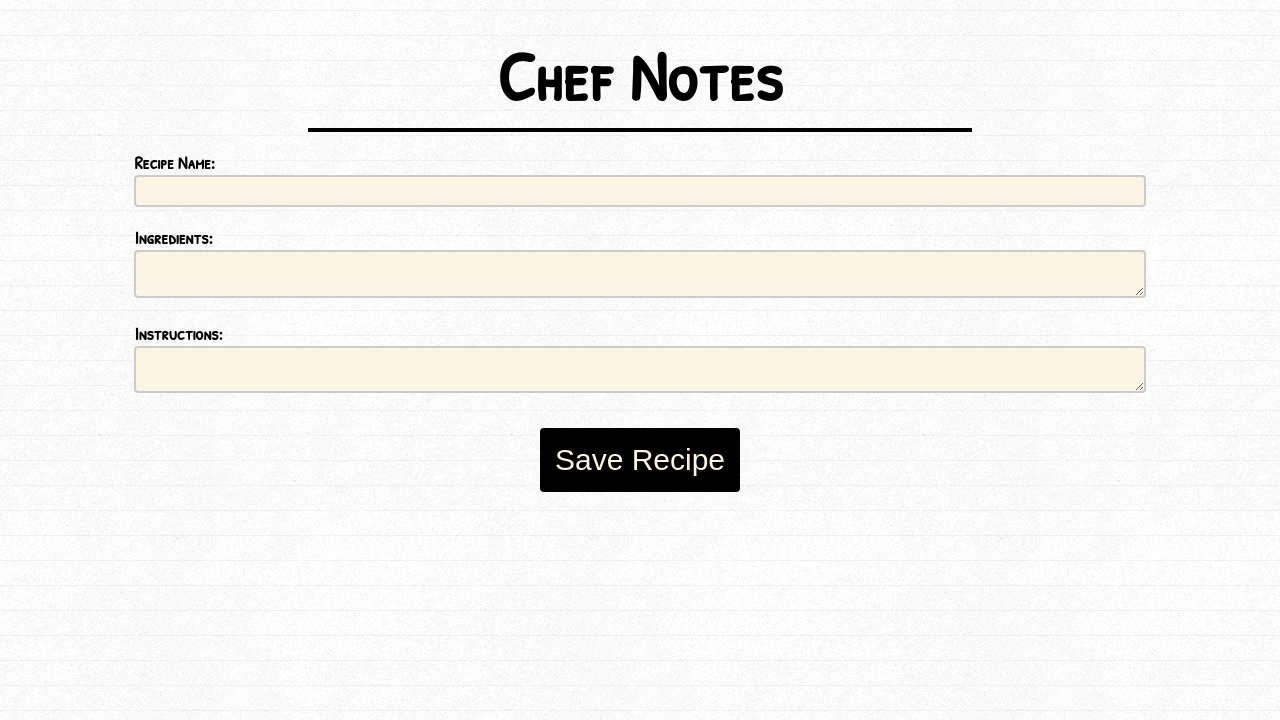
Repository: Chadloswald/RecipeSite
Page: index.html
An editor plug-in stored every save of this project. The page is shown before and after the next save, followed by the edit.
The browser window is 1280 px wide. The pictures show the whole page.

Above is the page before, as saved 2023-04-03 20:37:32.

### index.html
<!DOCTYPE html>
<html lang="en">
  <head>
    <meta charset="UTF-8">
    <title>ChefNotes</title>
    <style type="text/css">
      /* body {
      background-color: rgb(0,0,0);
      background-image: url(http://www.zingerbugimages.com/backgrounds/parchment_paper_wallpaper_texture_seamless.jpg);
      background-position: top left;
      background-repeat: repeat;
      background-attachment: fixed;
    } */
    </style>
    <link rel="stylesheet" href="style.css">
  </head>
  <body>
    <!-- <div id="corner-border"></div> -->
    <h1>Chef Notes</h1>
    <form>
      <label for="name">Recipe Name:</label>
      <input type="text" id="name" name="name">
      <br>
      <label for="ingredients">Ingredients:</label>
      <textarea id="ingredients" name="ingredients"></textarea>
      <br>
      <label for="instructions">Instructions:</label>
      <textarea id="instructions" name="instructions"></textarea>
      <br>
      <button id="saveButton" type="button">Save Recipe</button>
    </form>
    <div id="list"></div>
    <script src="scripts.js"></script>
  </body>
</html>

### style.css
@font-face {
  font-family: 'Patrick Hand';
  src: url('PatrickHandSC-Regular.ttf') format('truetype');
}
body {
  font-family: 'Patrick Hand', cursive;
  margin-top: 30px 0px 0px 0px;
  padding: 0;
  background-image: url("lined-paper-2.png");
 /* background-color: #FCF5E5;
  */
 /* border: 1px solid black;
  */
}
h1 {
  text-align: center;
  padding: 20px 0 5px 0;
  border-bottom: 4px solid black;
  margin: 0 300px;
  font-size: 70px;
}
/* @media (max-width: 600px) {
  h1 {
    font-size: xx-large;
    }
    label {
      font-size: larger;
    }
} */
form {
  width: 80%;
  margin: 0 auto;
}
label {
  display: block;
  font-weight: bold;
  margin-top: 1em;
  font-size: large;
}
input[type="text"], textarea {
  background-color: #FCF5E5;
  width: 100%;
  box-sizing: border-box;
  padding: 0.5em;
  border: 2px solid #ccc;
  border-radius: 4px;
}
button {
  display: block;
  margin: 1em auto;
  padding: 0.5em;
  border-radius: 4px;
  background-color: black;
  color: #FCF5E5;
  font-size: 30px;
  border: none;
  cursor: pointer;
}
button:hover {
  background-color: #ADD8E6;
  color: black;
}
#recipe-list {
  width: 80%;
  margin: 1em auto;
}

### scripts.js
document.addEventListener('DOMContentLoaded', function() { //Adds the event listener that waits for site to load before executing the function
  const save = document.getElementById('saveButton'); //The Save Button
  const nameInput = document.getElementById('name'); //The "Name" form
  const ingredientsInput = document.getElementById('ingredients'); //The "Ingredients" form
  const instructionsInput = document.getElementById('instructions'); //The "Instructions" form
  const recipeList = document.getElementById('list'); //The place where your recipes save when you hit the "Save Button"

  save.addEventListener('click', function() { //Adds the event listener to the Save button, listens for a "click"
      const name = nameInput.value; //Gets the value that was put into the "Name" form
      const ingredients = ingredientsInput.value; //Gets the value that was put into the "Ingredients" form
      const instructions = instructionsInput.value; //Gets the value that was put into the "Instructions" form

      const recipe = document.createElement('div'); //Creating a recipe "container" using a div tag
      const recipeName = document.createElement('h2'); //Takes the "name" element and puts it in the recipe container as an h2
      const recipeIngredients = document.createElement('p'); //Takes the "ingredients" element and puts it in the recipe container as an p
      const recipeInstructions = document.createElement('p'); //Takes the "instructions" element and puts it in the recipe container as an p

      recipeName.innerText = name; //Populates the "recipeName" element with the value of the "name" element
      recipeIngredients.innerText = `Ingredients: ${ingredients}`; //Populates the "recipeIngredients" element with all the strings in the "ingredients" element
      recipeInstructions.innerText = `Instructions: ${instructions}`; //Populates the "recipeInstructions" element with all the strings in the "instructions" element
      recipe.appendChild(recipeName); //These 3 lines add "recipeName" "recipeIngredients" and "recipeInstructions" of the recipe doc
      recipe.appendChild(recipeIngredients);
      recipe.appendChild(recipeInstructions);

      recipeList.appendChild(recipe); //Sets the "recipe" as a child of the "recipeList" - Causes each "recipe" to display in the "recipeList"
  });
});

After the next save:
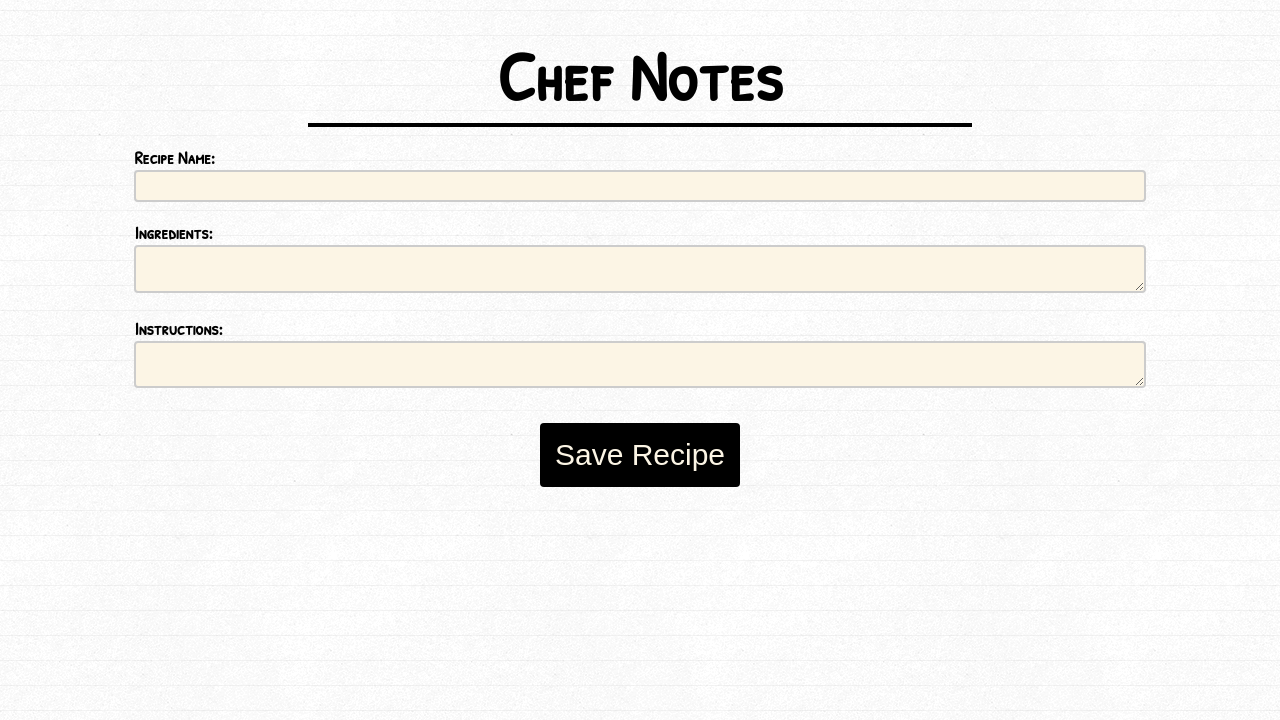
Saved 13 s later.
--- a/style.css
+++ b/style.css
@@ -14,7 +14,7 @@ body {
 }
 h1 {
   text-align: center;
-  padding: 20px 0 5px 0;
+  padding: 20px 0 0 0;
   border-bottom: 4px solid black;
   margin: 0 300px;
   font-size: 70px;
